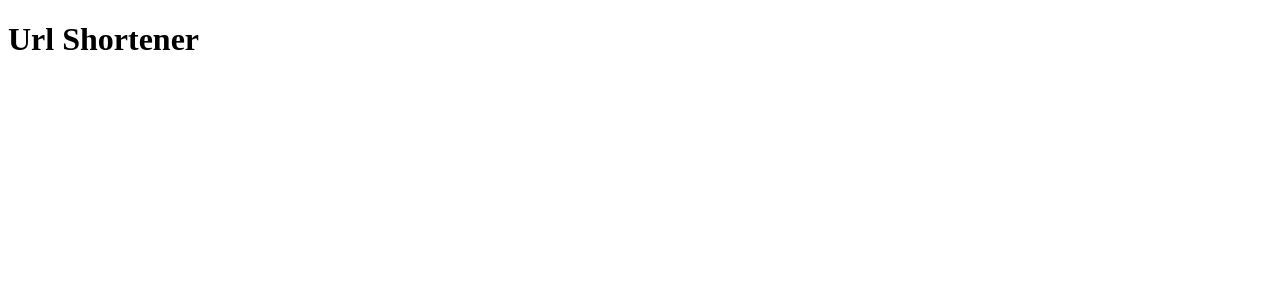
Repository: Mohitkumar1322/URL-Shortner
Page: http://localhost/test
These files come from the project's save history. The page is drawn as it stood at one moment and after a run of saves; the edit follows.
The browser window is 1280 px wide. The pictures show the whole page.
The page is served by the project's Node server (index.js). Other server files are loaded and not shown. Queries for data that is not in the repository find no rows.

Above is the page before, as saved 2024-07-14 20:45:58.

### views/home.ejs
<!DOCTYPE html>
<html lang="en">
<head>

    <meta charset="UTF-8">
    <meta name="viewport" content="width=device-width, initial-scale=1.0">
    <title>Document</title>
</head>
<body>

    <h1>
        Url Shortener
    </h1>


</body>
</html>

### index.js
const express = require('express');
const path = require('path');

const { connectToMongoDB } = require('./connect');
const urlRoute = require('./routes/url');
const { connect } = require('mongoose');
const URL = require('./models/url');
const staticRouter = require('./routes/staticRouter');
const app = express();
const PORT = 8001;

connectToMongoDB('mongodb+srv://mohitkum1352:15364164@urlshortner.xh4pdly.mongodb.net/')
.then(() => console.log('Connected to MongoDB'))
.catch((err) => console.error(err));

app.set("view engine", "ejs");
app.set('views', path.resolve("./views"));


app.use(express.json());

app.use("/",staticRouter);



app.get("/test",async(req,res)=>{
    const allUrls = await URL.find({});
    return res.render('home',{
        urls: allUrls,
    });



});
app.use("/url", urlRoute);



app.get('/:shortId', async (req, res) => {
    const shortId = req.params.shortId;
    const enetry = await URL.findOneAndUpdate({
        shortId
    },{$push: {
        visitHistory: {timestamp: Date.now()}
    }});
    res.redirect(entry.redirectURL);

    });


app.listen(PORT, () => console.log(`Server is running on port ${PORT}`));

### connect.js
const mongoose = require('mongoose');
mongoose.set('strictQuery', true);

async function connectToMongoDB(url) {
    return mongoose.connect(url);
}

module.exports = {
    connectToMongoDB,
};

After the next 2 saves:
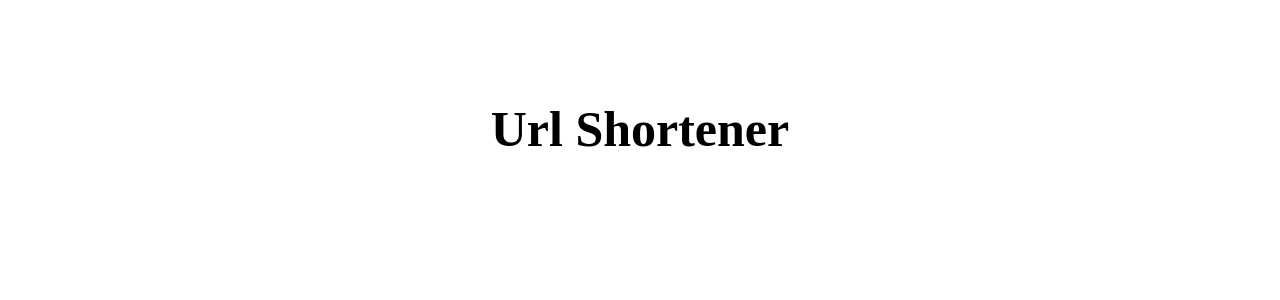
The 2 saves are shown as one change because they came seconds apart.
The last was saved 7 s later.
--- a/views/home.ejs
+++ b/views/home.ejs
@@ -1,7 +1,13 @@
 <!DOCTYPE html>
 <html lang="en">
 <head>
-
+    <style>
+        h1{
+            text-align: center;
+            margin-top: 100px;
+            font-size: 50px;
+        }
+    </style>
     <meta charset="UTF-8">
     <meta name="viewport" content="width=device-width, initial-scale=1.0">
     <title>Document</title>
